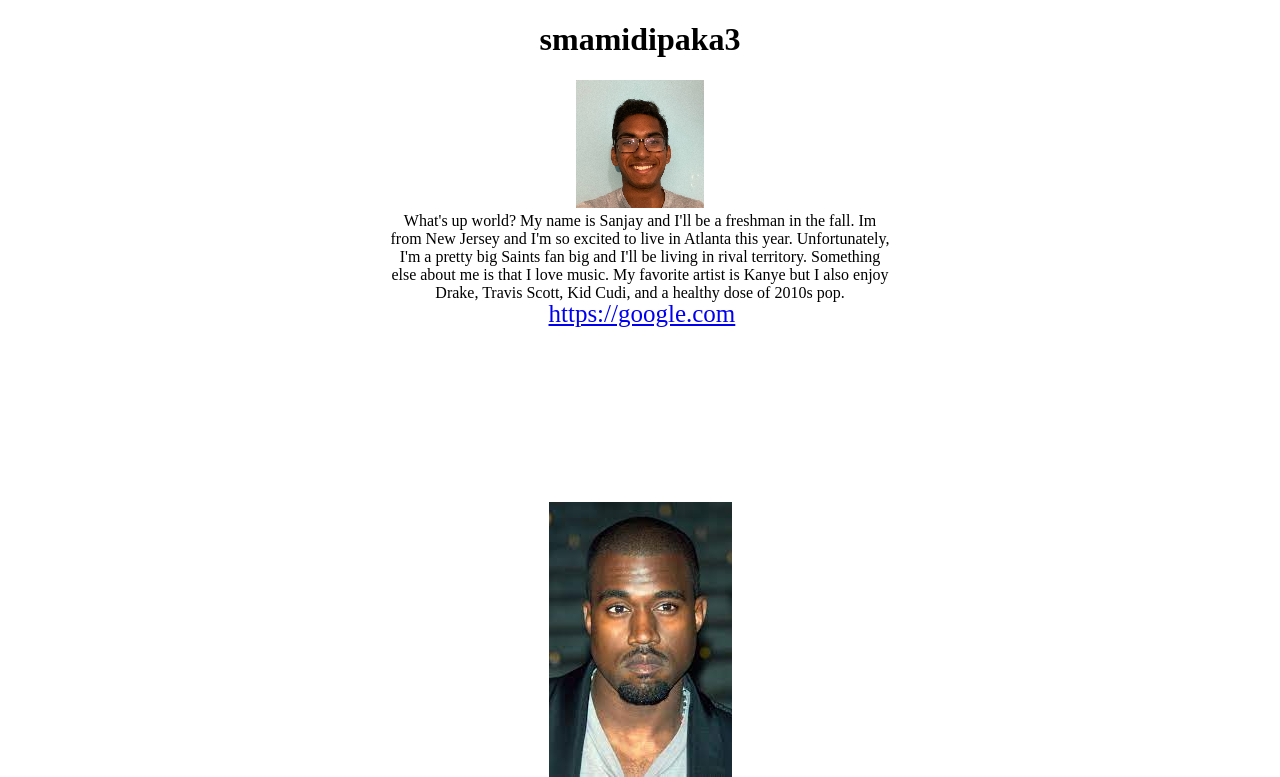
Repository: sanjayMamidipaka/cs1301
Page: lab01/index.html
The author's editor kept a copy of each file at every save. The page is drawn from the files as they stood at one save, then again after the next save.
The browser window is 1280 px wide. The pictures show the whole page.

Above is the page before, as saved 2021-07-22 16:18:34.

After the next save:
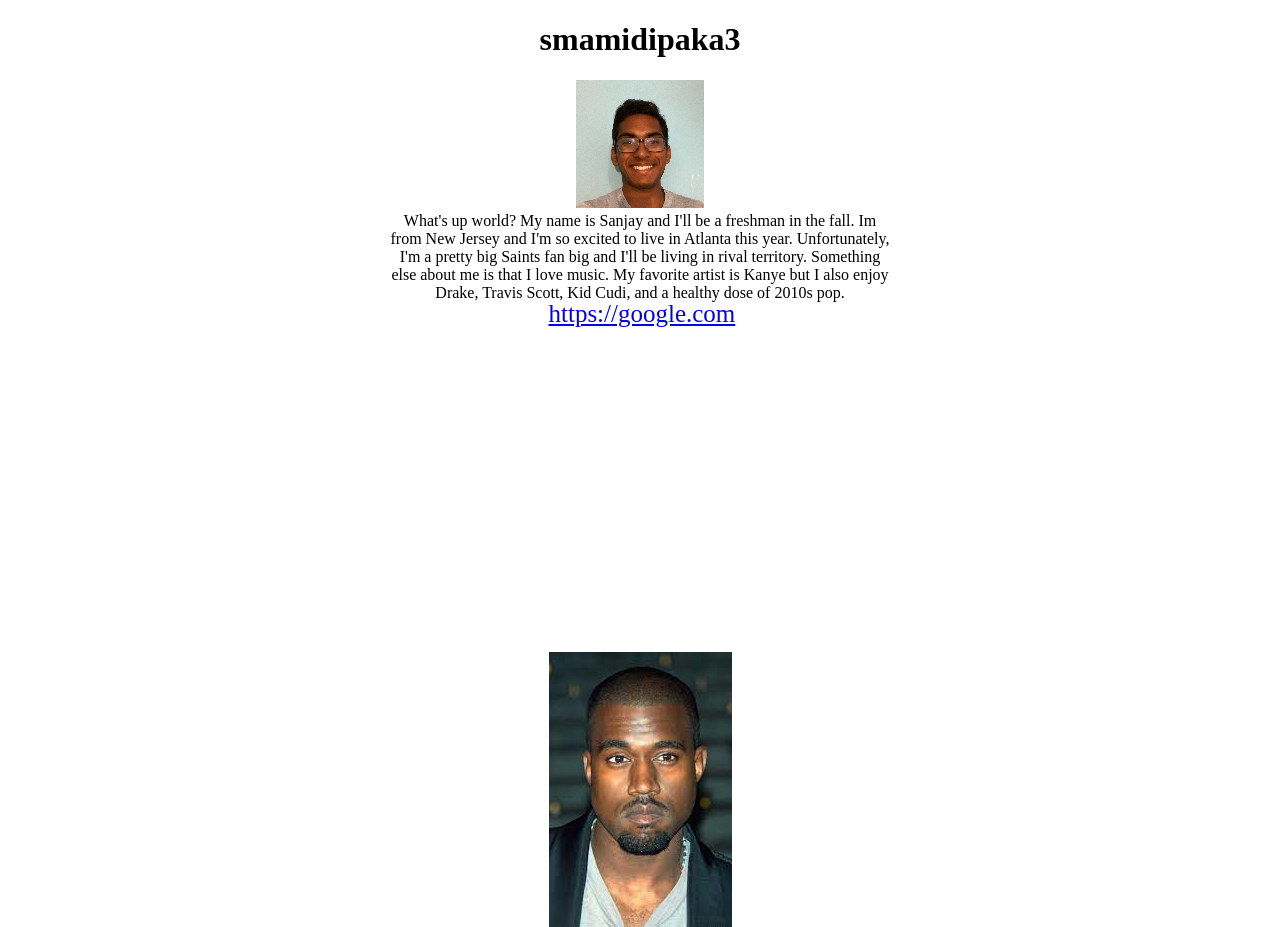
Saved 5 s later.
--- a/lab01/style.css
+++ b/lab01/style.css
@@ -16,5 +16,5 @@
 
 .kanye {
     position: relative;
-    top: 200px;
+    top: 350px;
 }
